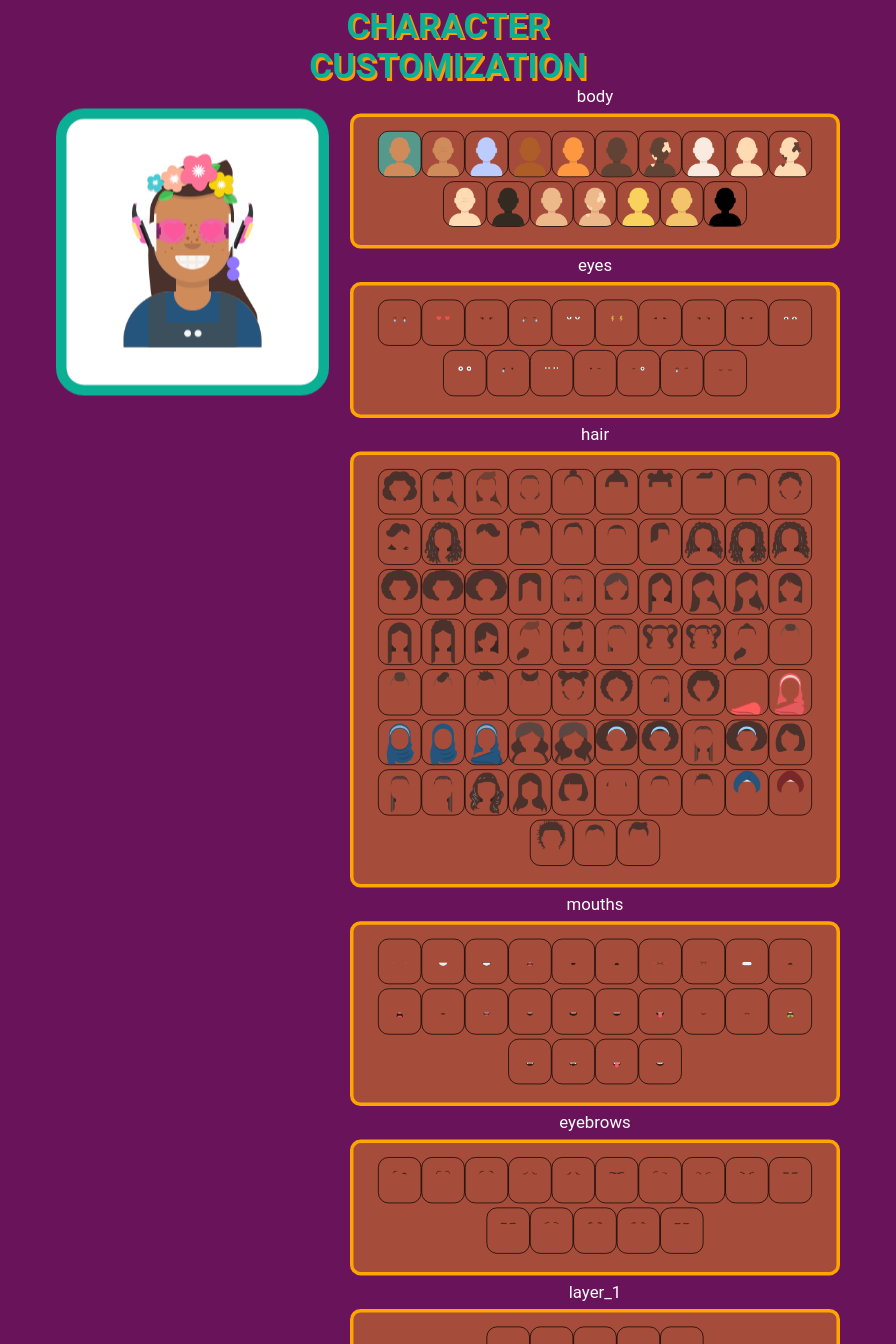
Repository: Kamaric112/react_clothing
Page: /
An editor plug-in stored every save of this project. The page is shown before and after the next save, followed by the edit.
The browser window is 1280 px wide. The pictures show the part of the page from y = 0 to 1920 px (the page is 3287 px tall), at 70% of full size.
The pointer rests on the first visible `.list img`.
The project was rebuilt for these pictures with package versions that can differ from the ones it lists, and the page was loaded fresh each time.

Above is the page before, as saved 2022-08-29 20:52:11.

After the next save:
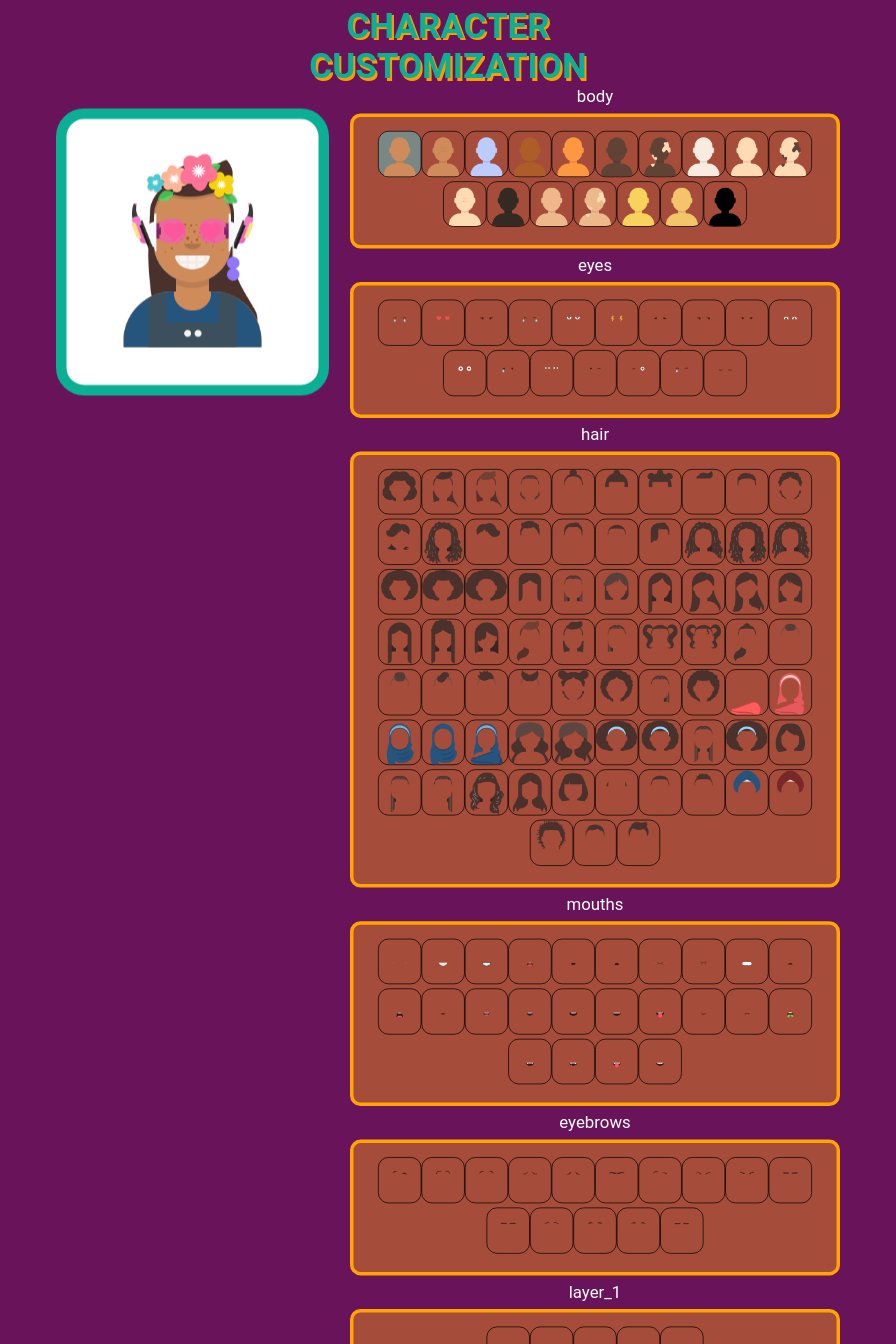
Saved 5 s later.
--- a/src/components/App.css
+++ b/src/components/App.css
@@ -84,5 +84,5 @@ body {
 }
 
 .list img:hover {
-  background-color: #57988d;
+  background-color: #798885;
 }
